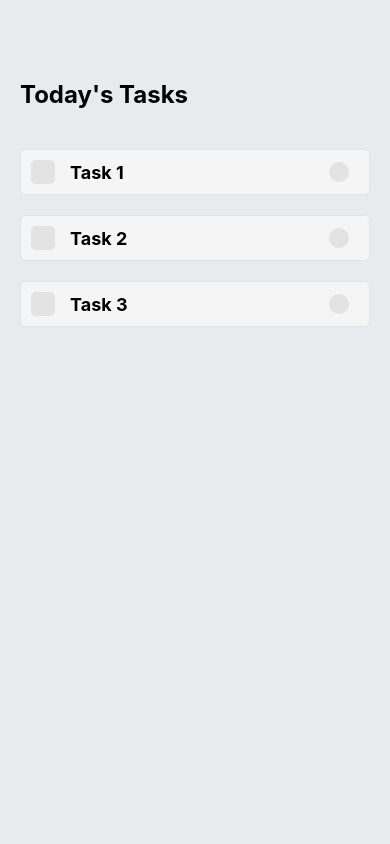
Repository: lomelo-x/ToDo-App
Screen: /
The author's editor kept a copy of each file at every save. The screen is drawn from the files as they stood at one save, then again after a run of saves.
The app was drawn by React Native's web renderer in a window 390 px wide. The project was rebuilt for these pictures with package versions that can differ from the ones it lists, and the page was loaded fresh each time.

Above is the screen before, as saved 2022-06-17 19:48:47.

### App.js
import { StatusBar } from 'expo-status-bar';
import { StyleSheet, Text, View } from 'react-native';
import Task from './components/Task';

export default function App() {
	return (
		<View style={styles.container}>
			<View style={styles.todoContainer}>
				<Text style={styles.sectionTitle}>Today's Tasks</Text>
				<View style={styles.itemsContainer}>
					<Task text={'Task 1'} />
					<Task text={'Task 2'}/>
					<Task text={'Task 3'}/>
				</View>
			</View>
		</View>
	);
}

const styles = StyleSheet.create({
	container: {
		flex: 1,
		backgroundColor: '#E8EAED',
	},
	todoContainer: {
		paddingTop: 80,
		paddingHorizontal: 20,
	},
	sectionTitle: {
		fontSize: 24,
		fontWeight: 'bold',
		marginBottom: 20,
	},
	itemsContainer: {
		marginTop: 20,
	},
});

### components/Task.js
import React from 'react';
import { View, Text, StyleSheet, TouchableOpacity } from 'react-native';

const Task = ({ text }) => {
	return (
		<View style={styles.task}>
			<View style={styles.taskLeft}>
				<TouchableOpacity style={styles.square}></TouchableOpacity>
				<Text style={styles.taskText}>{text}</Text>
			</View>
			<View style={styles.taskRight}></View>
		</View>
	);
};

const styles = StyleSheet.create({
	task: {
		backgroundColor: '#f5f5f5',
		padding: 10,
		marginBottom: 10,
		borderRadius: 5,
		borderWidth: 1,
		borderColor: '#e3e3e3',
		flexDirection: 'row',
		alignItems: 'center',
		justifyContent: 'space-between',
		marginBottom: 20,
	},
	taskText: {
		fontSize: 18,
		fontWeight: 'bold',
	},
	taskLeft: {
		flexDirection: 'row',
		alignItems: 'center',
		flexWrap: 'wrap',
		maxWidth: '80%',
	},
	taskRight: {
		width: 20,
		height: 20,
		borderRadius: 10,
		backgroundColor: '#e3e3e3',
		marginRight: 10,


	},
	square: {
		width: 24,
		height: 24,
		backgroundColor: '#e3e3e3',
		borderRadius: 5,
		marginRight: 15,
	},
});

export default Task;

After the next 4 saves:
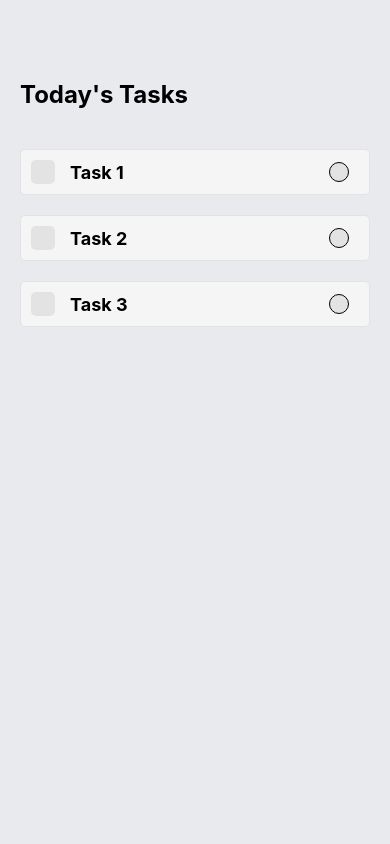
The 4 saves are shown as one change because 1 did not build or start and some came seconds apart.
The last was saved 16 s later.
--- a/components/Task.js
+++ b/components/Task.js
@@ -41,6 +41,7 @@ const styles = StyleSheet.create({
 		height: 20,
 		borderRadius: 10,
 		backgroundColor: '#e3e3e3',
+		borderWidth: 1,
 		marginRight: 10,
 
 
